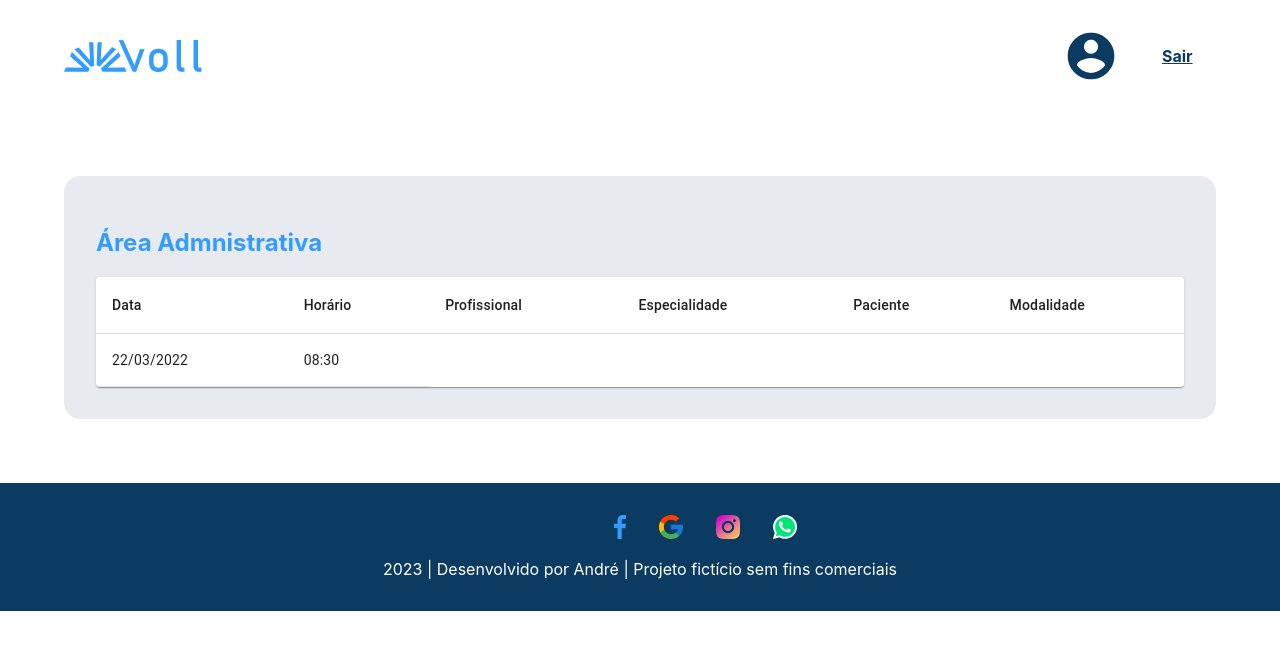
Repository: andrevff/voll-main
Page: /
These files come from the project's save history. The page is drawn as it stood at one moment and after a run of saves; the edit follows.
The browser window is 1280 px wide. The pictures show the whole page.
The project was rebuilt for these pictures with package versions that can differ from the ones it lists, and the page was loaded fresh each time. Also part of the build but not shown: src/App.css.

Above is the page before, as saved 2023-07-31 21:33:11.

### src/App.tsx
import './App.css';
import Cabecalho from './components/cabecalho';
import Container from './components/container';
import Rodape from './components/rodape';
import Tabela from './components/tabela';
import Titulo from './components/titulo';

function App() {
  return (
    <>
      <Cabecalho />
      <Container>
        <Titulo>Área Admnistrativa</Titulo>
        <Tabela />
      </Container>
      <Rodape />
    </>
  );
}

export default App;

### src/components/cabecalho/index.tsx
/* eslint-disable jsx-a11y/anchor-is-valid */
import styled from 'styled-components'
import logo from './assets/logo.png'
import perfil from './assets/perfil.png'

const CabecalhoEstilizado = styled.header`
    display: flex;
    align-items: center;
    justify-content: space-between;
    padding: 2em 4em;
`

const Container = styled.div`
    display: flex;
    align-items: center;
    justify-content: space-around;
    flex-grow: .1;
`

const LinkEstilizado = styled.a`
    color: var(--azul-escuro);
    font-weight: 700;
`

export default function Cabecalho(){
    return(
        <CabecalhoEstilizado>
            <img src={logo} alt="Logo da empresa Voll" />
            <Container>
                <img src={perfil} alt="Imagem de perfil do usuário" />
                <LinkEstilizado href="#">Sair</LinkEstilizado>
            </Container>
        </CabecalhoEstilizado>
    )

}

### src/components/container/index.tsx
import styled from "styled-components";

const Container = styled.section`
    background-color: var(--cinza-claro);
    margin: 4em;
    border-radius: 16px;
    padding: 2em;
    height: 100%;
`

export default Container

### src/components/rodape/index.tsx
/* eslint-disable jsx-a11y/anchor-has-content */
/* eslint-disable jsx-a11y/anchor-is-valid */
import styled from 'styled-components'
import facebook from './assets/facebook.png'
import google from './assets/google.png'
import instagram from './assets/instagram.png'
import whatsapp from './assets/whatsapp.png'

const RodapeEstilizado = styled.footer`
    height: 100%;
    color: white;
    padding: 1em;
    background-color: var(--azul-escuro);
    text-align: center;
`

const ListaEstilizada = styled.ul`
    display: flex;
    justify-content: space-around;
    width: 10%;
    margin: 1em auto;
`

const ItemEstilizado = styled.li`
    list-style-type: none;
    padding: 0 1em;
`

export default function Rodape(){
    return(
        <RodapeEstilizado>
            <ListaEstilizada>
                <ItemEstilizado>
                    <a href="#">
                        <img src={facebook} alt="Logo do Facebook" />
                    </a>
                </ItemEstilizado>
                <ItemEstilizado>
                    <a href="#">
                        <img src={google} alt="Logo do Google" />
                    </a>
                </ItemEstilizado>
                <ItemEstilizado>
                    <a href="#">
                        <img src={instagram} alt="Logo do Instagram" />
                    </a>
                </ItemEstilizado>
                <ItemEstilizado>
                    <a href="#">
                        <img src={whatsapp} alt="Logo do WhatsApp" />
                    </a>
                </ItemEstilizado>
            </ListaEstilizada>
            <p>2023 | Desenvolvido por André | Projeto fictício sem fins comerciais</p>
        </RodapeEstilizado>
    )
}

### src/components/tabela/index.tsx
import { Paper } from "@mui/material";
import TableContainer from "@mui/material/TableContainer/TableContainer";
import Table from "@mui/material/Table/Table";
import TableHead from "@mui/material/TableHead/TableHead";
import TableRow from "@mui/material/TableRow/TableRow";
import TableCell from "@mui/material/TableCell/TableCell";
import TableBody from "@mui/material/TableBody/TableBody";

export default function Tabela() {
    return(
        <>
            <TableContainer component = {Paper}>
                <Table sx={{minWidth: 700}} aria-label="tabela-customizada">
                    <TableHead>
                        <TableRow>
                            <TableCell>Data</TableCell>
                            <TableCell>Horário</TableCell>
                            <TableCell>Profissional</TableCell>
                            <TableCell>Especialidade</TableCell>
                            <TableCell>Paciente</TableCell>
                            <TableCell>Modalidade</TableCell>
                        </TableRow>
                    </TableHead>
                    <TableBody>
                        <TableRow>
                            <TableCell component="th" scope="row">22/03/2022</TableCell>
                            <TableCell>08:30</TableCell>
                        </TableRow>
                    </TableBody>
                </Table>
            </TableContainer>
        </>
    )
}

### src/components/titulo/index.tsx
/* eslint-disable jsx-a11y/heading-has-content */
import avaliacao from './assets/avaliacao.png'
import grafico from './assets/grafico.png'
import consulta from './assets/consulta.png'
import React from 'react'
import styled from 'styled-components'

interface Props{
    imagem?: string,
    children?: React.ReactNode
}

interface IImagens{
    avaliacao: string,
    grafico: string,
    consulta: string
}

const SpanEstilizado = styled.span<Props>`
    background: no-repeat;
    background-position: center;
    background-size: cover;
    width: 25px;
    height: 25px;
    background-image: ${props => props.imagem ? `url(${props.imagem})` : 'none'};
`

const TituloEstilizado = styled.h2`
    color: var(--azul-claro);
`

const ContainerEstilizado = styled.div`
    display: flex;
    align-items: center;
`

export default function Titulo({ imagem, children }: Props){

    const listaDeImagens: IImagens = {
        avaliacao: avaliacao,
        grafico: grafico,
        consulta: consulta
    }

    return(
        <ContainerEstilizado>
            {imagem && <SpanEstilizado imagem={listaDeImagens[imagem as keyof IImagens]} />}
            <TituloEstilizado>{children}</TituloEstilizado>
        </ContainerEstilizado>
    )
}

Loaded but not shown: public/index.html (common file); src/index.tsx (common file); src/index.css (common file)

After the next 5 saves:
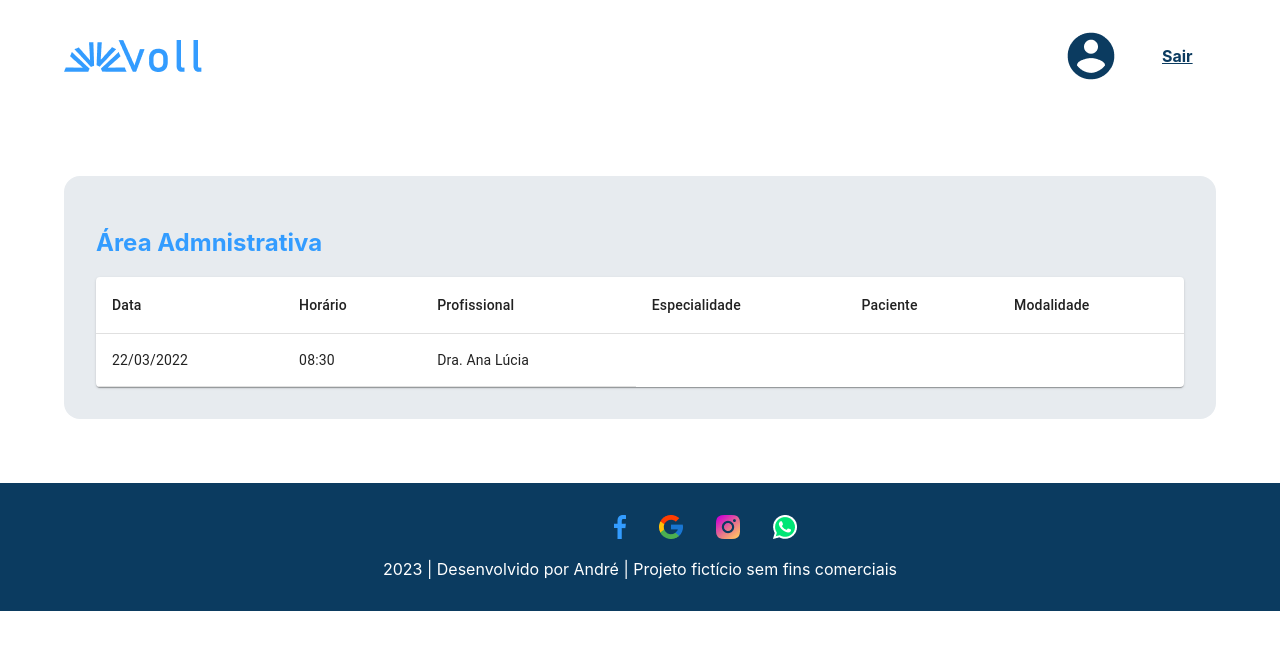
The 5 saves are shown as one change because 1 did not build or start and some came seconds apart.
The last was saved 50 s later.
--- a/src/components/tabela/index.tsx
+++ b/src/components/tabela/index.tsx
@@ -25,6 +25,7 @@ export default function Tabela() {
                         <TableRow>
                             <TableCell component="th" scope="row">22/03/2022</TableCell>
                             <TableCell>08:30</TableCell>
+                            <TableCell>Dra. Ana Lúcia</TableCell>
                         </TableRow>
                     </TableBody>
                 </Table>
